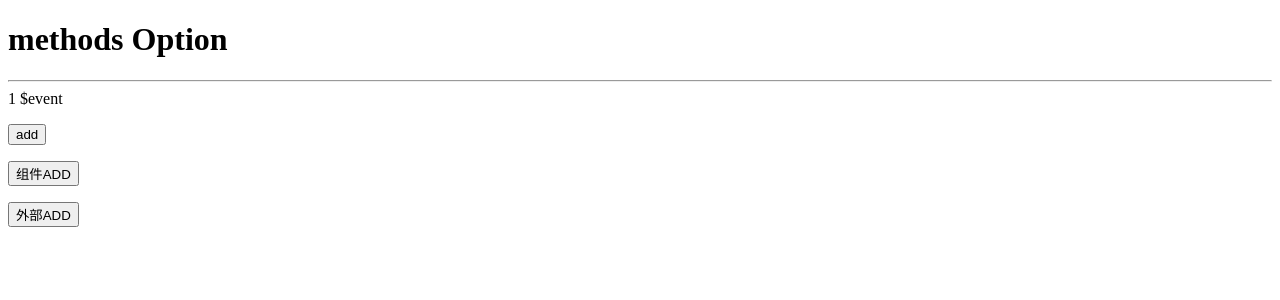
Repository: 13982720426/vue2.0-LearningNotes
Page: example/methods.html
An editor plug-in stored every save of this project. The page is shown before and after the next save, followed by the edit.
The browser window is 1280 px wide. The pictures show the whole page.

Above is the page before, as saved 2021-06-25 20:45:16.

After the next save:
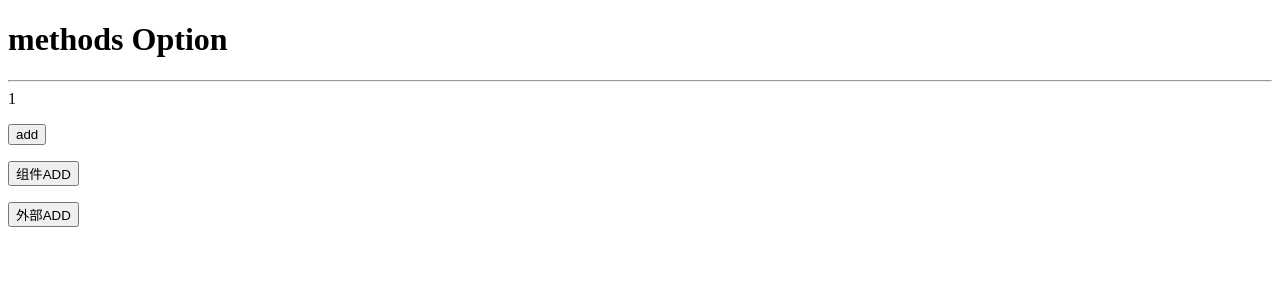
Saved 13 s later.
--- a/example/methods.html
+++ b/example/methods.html
@@ -11,7 +11,7 @@
     <h1>methods Option</h1>
     <hr />
     <div id="app">
-      {{a}} $event
+      {{a}}
       <p>
         <button @click="add(2)">add</button>
       </p>
